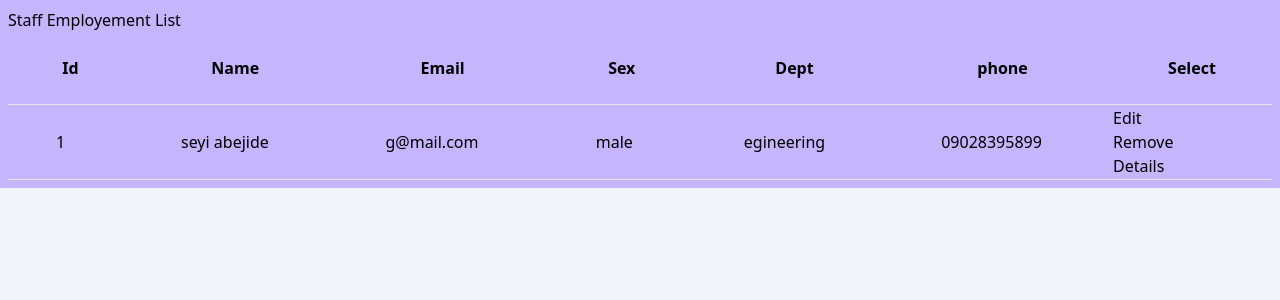
Repository: Semanmernstack/crud
Page: /
The author's editor kept a copy of each file at every save. The page is drawn from the files as they stood at one save, then again after the next save.
The browser window is 1280 px wide. The pictures show the whole page.
The project was rebuilt for these pictures with package versions that can differ from the ones it lists, and the page was loaded fresh each time. Requests to the local data server were answered from the project's data file. Also part of the build but not shown: src/Details.js, src/Create.js, src/Edit.js.

Above is the page before, as saved 2022-12-24 00:58:25.

After the next save:
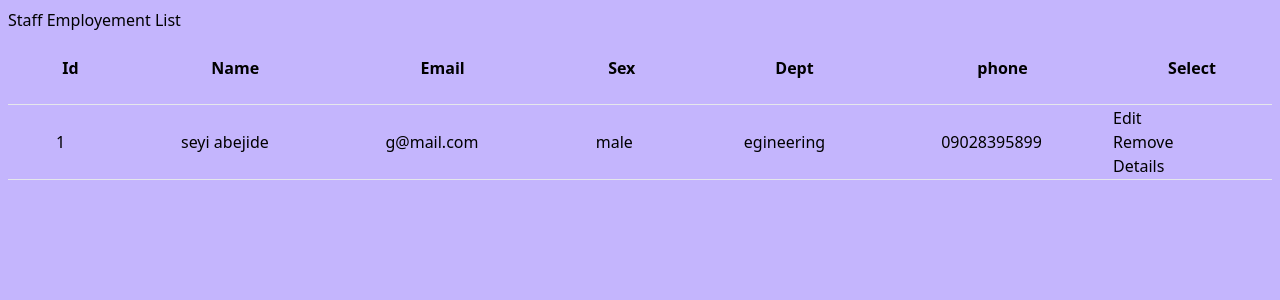
Saved 10 s later.
--- a/src/List.js
+++ b/src/List.js
@@ -15,7 +15,7 @@ function List() {
 
     }, [])
   return (
-    <div className="overflow-x-hidden lg:max-w-7xl mx-auto  p-2 items-center bg-violet-300   ">
+    <div className="overflow-x-hidden lg:max-w-7xl mx-auto  p-2 items-center bg-violet-300 h-screen   ">
 
         <p>Staff Employement List</p>
 
